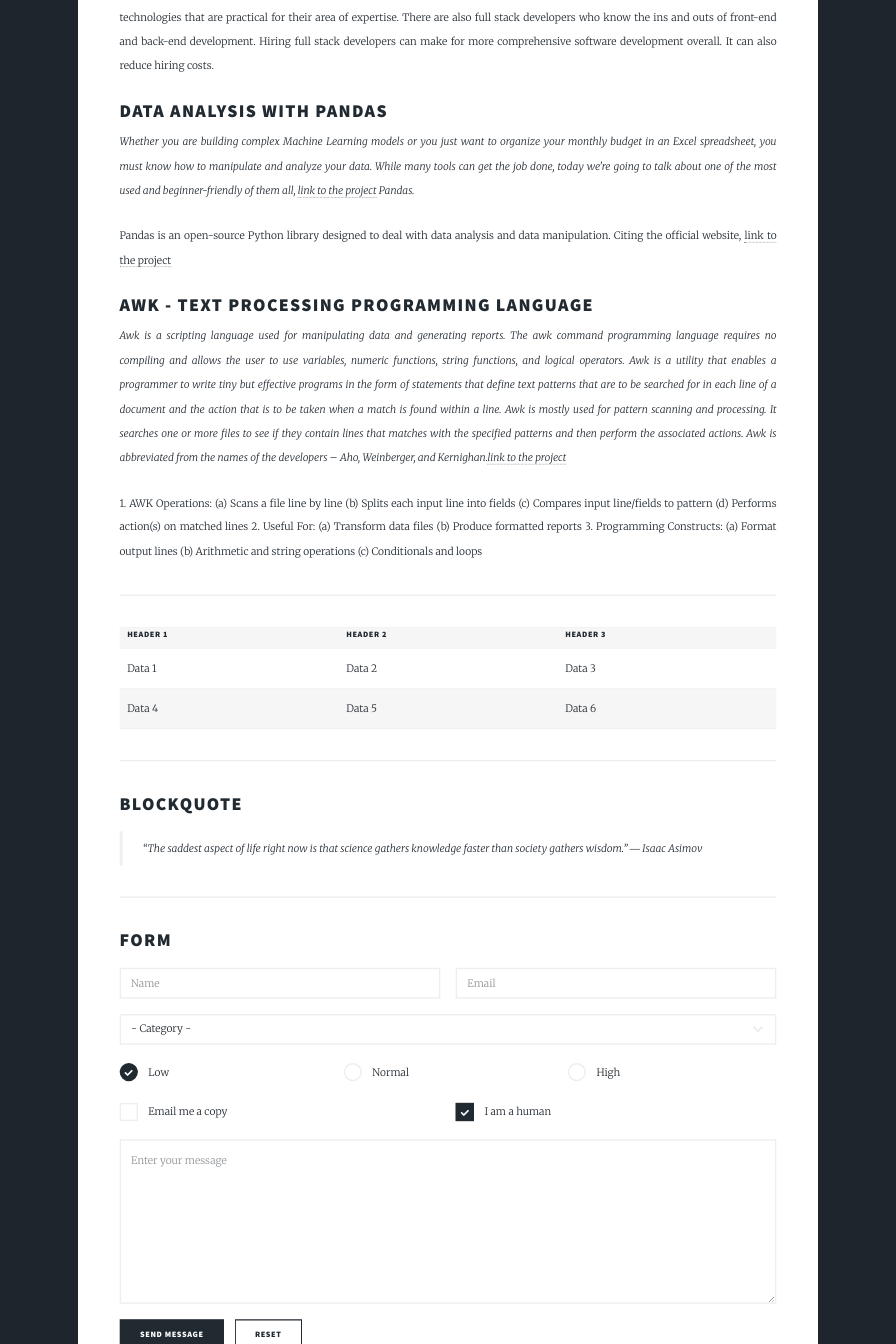
Repository: enlilsudo/Orlando-Portfolio
Page: elements.html
These files come from the project's save history. The page is drawn as it stood at one moment and after the next save; the edit follows.
The browser window is 1280 px wide. The pictures show the part of the page from y = 2032 to 3952 px (the page is 5661 px tall), at 70% of full size.

Above is the page before, as saved 2023-02-20 21:14:26.

### elements.html
<!DOCTYPE HTML>
<!--
	Massively by HTML5 UP
	html5up.net | @ajlkn
	Free for personal and commercial use under the CCA 3.0 license (html5up.net/license)
-->
<html>
	<head>
		<title>Elements Reference - Massively by HTML5 UP</title>
		<meta charset="utf-8" />
		<meta name="viewport" content="width=device-width, initial-scale=1, user-scalable=no" />
		<link rel="stylesheet" href="assets/css/main.css" />
		<noscript><link rel="stylesheet" href="assets/css/noscript.css" /></noscript>
	</head>
	<body class="is-preload">

		<!-- Wrapper -->
			<div id="wrapper">

				<!-- Header -->
					<header id="header">
						<a href="index.html" class="logo">My Portfolio</a>
					</header>

				<!-- Nav -->
					<nav id="nav">
						<ul class="links">
							<li><a href="index.html">My Projects</a></li>
							<li><a href="generic.html">My Philosophy</a></li>
							<li class="active"><a href="elements.html">Elements of Reference</a></li>
						</ul>
						<ul class="icons">
							<li><a href="#" class="icon brands fa-twitter"><span class="label">Twitter</span></a></li>
							<li><a href="#" class="icon brands fa-facebook-f"><span class="label">Facebook</span></a></li>
							<li><a href="#" class="icon brands fa-instagram"><span class="label">Instagram</span></a></li>
							<li><a href="#" class="icon brands fa-github"><span class="label">GitHub</span></a></li>
						</ul>
					</nav>

				<!-- Main -->
					<div id="main">

						<!-- Post -->
							<section class="post">
								<header class="major">
									<h1>Automating<br />
									Tools</h1>
								</header>

								<!-- Text stuff -->
									<h2>Sphinx</h2>
									<p>Sphinx is a site generator it uses reStructuredText
									Markup language by default, and can read MySt Markdown via third-party
									extensions, it is powerful and easy to use code: <code>{sphinx-quickstart docs}</code>.
									Finally, this is a <a href="https://www.sphinx-doc.org/en/master/#get-started">link to the project</a>.</p>
									<hr />
									<h2>Hugo</h2>
									<p>Hugo gives us a framework for building a fast, organized content site using many of the skills
										 you already have. You define your layouts in HTML and your content in Markdown.
										Hugo has built-in support for tagging, categorization, related content, multiple output formats, image optimization, and asset handling code: <code>{hugo new site portfolio}</code>.
										To find ut more, this is a <a href="https://gohugo.io/">link to the project</a>.</p>
									<h2>Jekyll</h2>
									<p>Jekyll is a static site generator. It takes text written in your favorite markup language and uses layouts to create a static website.
										You can tweak the site’s look and feel, URLs, the data displayed on the page, and more. code: <code>{jekyll build ./_site}</code>.
										To learn more, this is a <a href="https://jekyllrb.com/">link to the project</a>.</p>
									<h2>Storybook and React</h2>
									<p>Storybook is a frontend workshop for building UI components and pages in isolation. Thousands of teams use it for UI development, testing, and documentation.
										It’s open source and free. Once inside your React project, code: <code>{npx storybook init}</code>.
										Finally, this is a <a href="https://storybook.js.org/">link to the project</a>.</p>
									<h2>Chromatic</h2>
									<p>Chromatic automates gathering UI feedback, visual testing, and documentation, so developers can iterate faster with less manual work.
										Maintain a documented, versioned, and searchable library for your components. Chromatic helps teammates discover your work to reuse.
										Reference Chromatic’s library inside your local Storybook or on the website. To learn more about chromatic click here: <a href="https://www.chromatic.com/docs/"> in this link</a>
									</p>
									<h2>GitBook</h2>
									<p>API references, code guidelines, product overviews and everything in between.
										GitBook helps you help your users with easy-to-publish, intuitive to use, highly searchable docs.
										The good thing about GitBook is that it offers integration through GitHub and GitLabs.To find out more click in this <a href="https://www.gitbook.com/">link to the project</a></p>
									<hr />
									<header>
										<h2>Full Stack Development</h2>
										<p>At the end of the day, it's the user navigating the front-end who determines how the software application measures up.
											And yet the back-end makes sure that nothing falls apart in the process.
											Essentially, back-end and front-end development work together to deliver the best of both worlds.
											In that sense, full stack development defines the combination of client-side and server-side development.</p>
									</header>
									<p>Most types of software development need to approach their project keeping in mind that full stack development is the goal.
										Usually, this means looking for specialized developers for front-end and back-end development. Developers on either end tend to know several technologies that are practical for their area of expertise.
										There are also full stack developers who know the ins and outs of front-end and back-end development.
										Hiring full stack developers can make for more comprehensive software development overall. It can also reduce hiring costs. </p>
									<header>
										<h2>Data analysis with Pandas</h2>
										<p>Whether you are building complex Machine Learning models or you just want to organize your monthly budget in an Excel spreadsheet, you must know how to manipulate and analyze your data.
											While many tools can get the job done, today we're going to talk about one of the most used and beginner-friendly of them all, <a href="https://pandas.pydata.org/">link to the project</a> Pandas.</p>
									</header>
									<p>Pandas is an open-source Python library designed to deal with data analysis and data manipulation.
										Citing the official website, <a href="https://pandas.pydata.org/">link to the project</a>

									</p>
									<header>
										<h2>AWK - Text Processing Programming Language</h2>
										<p>Awk is a scripting language used for manipulating data and generating reports. The awk command programming language requires no compiling and allows the user to use variables, numeric functions, string functions, and logical operators.
											Awk is a utility that enables a programmer to write tiny but effective programs in the form of statements that define text patterns that are to be searched for in each line of a document and the action that is to be taken when a match is found within a line.
											Awk is mostly used for pattern scanning and processing. It searches one or more files to see if they contain lines that matches with the specified patterns and then perform the associated actions.
											Awk is abbreviated from the names of the developers – Aho, Weinberger, and Kernighan.<a href="https://www.tutorialspoint.com/awk/index.htm">link to the project</a> </p>
									</header>
									<p>1. AWK Operations:
										(a) Scans a file line by line
										(b) Splits each input line into fields
										(c) Compares input line/fields to pattern
										(d) Performs action(s) on matched lines

										2. Useful For:
										(a) Transform data files
										(b) Produce formatted reports

										3. Programming Constructs:
										(a) Format output lines
										(b) Arithmetic and string operations
										(c) Conditionals and loops </p>

									<hr />

									<table>
										<tr>
										  <th>Header 1</th>
										  <th>Header 2</th>
										  <th>Header 3</th>
										</tr>
										<tr>
										  <td>Data 1</td>
										  <td>Data 2</td>
										  <td>Data 3</td>
										</tr>
										<tr>
										  <td>Data 4</td>
										  <td>Data 5</td>
										  <td>Data 6</td>
										</tr>
									  </table>



									<hr />

								<!-- Blockquote -->
									<h2>Blockquote</h2>
									<blockquote>“The saddest aspect of life right now is that science gathers knowledge faster than society gathers wisdom.”
										― Isaac Asimov</blockquote>

									<hr />

								<!-- Form -->
									<h2>Form</h2>

									<form method="post" action="#">
										<div class="row gtr-uniform">
											<div class="col-6 col-12-xsmall">
												<input type="text" name="demo-name" id="demo-name" value="" placeholder="Name" />
											</div>
											<div class="col-6 col-12-xsmall">
												<input type="email" name="demo-email" id="demo-email" value="" placeholder="Email" />
											</div>
											<!-- Break -->
											<div class="col-12">
												<select name="demo-category" id="demo-category">
													<option value="">- Category -</option>
													<option value="1">Manufacturing</option>
													<option value="1">Shipping</option>
													<option value="1">Administration</option>
													<option value="1">Human Resources</option>
												</select>
											</div>
											<!-- Break -->
											<div class="col-4 col-12-small">
												<input type="radio" id="demo-priority-low" name="demo-priority" checked>
												<label for="demo-priority-low">Low</label>
											</div>
											<div class="col-4 col-12-small">
												<input type="radio" id="demo-priority-normal" name="demo-priority">
												<label for="demo-priority-normal">Normal</label>
											</div>
											<div class="col-4 col-12-small">
												<input type="radio" id="demo-priority-high" name="demo-priority">
												<label for="demo-priority-high">High</label>
											</div>
											<!-- Break -->
											<div class="col-6 col-12-small">
												<input type="checkbox" id="demo-copy" name="demo-copy">
												<label for="demo-copy">Email me a copy</label>
											</div>
											<div class="col-6 col-12-small">
												<input type="checkbox" id="demo-human" name="demo-human" checked>
												<label for="demo-human">I am a human</label>
											</div>
											<!-- Break -->
											<div class="col-12">
												<textarea name="demo-message" id="demo-message" placeholder="Enter your message" rows="6"></textarea>
											</div>
											<!-- Break -->
											<div class="col-12">
												<ul class="actions">
													<li><input type="submit" value="Send Message" class="primary" /></li>
													<li><input type="reset" value="Reset" /></li>
												</ul>
											</div>
										</div>
									</form>

									<hr />

								<!-- Image -->

									<hr />

								<!-- Box -->
									<h2>Box</h2>
									<div class="box">
										<p>Felis sagittis eget tempus primis in faucibus vestibulum. Blandit adipiscing eu felis iaculis volutpat ac adipiscing accumsan eu faucibus. Integer ac pellentesque praesent tincidunt felis sagittis eget. tempus euismod. Magna sed etiam ante ipsum primis in faucibus vestibulum. Blandit adipiscing eu ipsum primis in faucibus vestibulum. Blandit adipiscing eu felis iaculis volutpat ac adipiscing accumsan eu faucibus lorem ipsum dolor sit amet nullam. Integer ac pellentesque praesent tincidunt felis sagittis eget. tempus euismod. Vestibulum ante ipsum primis sagittis eget. tempus euismod. Vestibulum ante ipsum primis in faucibus vestibulum. Blandit adipiscing eu felis iaculis volutpat ac adipiscing accumsan eu faucibus. Integer ac pellentesque praesent tincidunt felis sagittis eget. tempus euismod. Vestibulum ante ipsum primis in faucibus vestibulum. Blandit adipiscing eu felis iaculis volutpat ac adipiscing accumsan eu faucibus. Integer ac pellentesque praesent. Vestibulum ante ipsum primis in faucibus magna blandit adipiscing eu felis iaculis volutpat lorem ipsum dolor.</p>
									</div>

									<hr />

								<!-- Preformatted Code -->
									<h2>Preformatted</h2>
									<pre><code>i = 0;

while (!deck.isInOrder()) {
    print 'Iteration ' + i;
    deck.shuffle();
    i++;
}

print 'It took ' + i + ' iterations to sort the deck.';
</code></pre>

							</section>

					</div>

				<!-- Footer -->
					<footer id="footer">
						<section>
							<form method="post" action="#">
								<div class="fields">
									<div class="field">
										<label for="name">Name</label>
										<input type="text" name="name" id="name" />
									</div>
									<div class="field">
										<label for="email">Email</label>
										<input type="text" name="email" id="email" />
									</div>
									<div class="field">
										<label for="message">Message</label>
										<textarea name="message" id="message" rows="3"></textarea>
									</div>
								</div>
								<ul class="actions">
									<li><input type="submit" value="Send Message" /></li>
								</ul>
							</form>
						</section>
						<section class="split contact">
							<section class="alt">
								<h3>Address</h3>
								<p>1234 Somewhere Road #87257<br />
								Nashville, TN 00000-0000</p>
							</section>
							<section>
								<h3>Phone</h3>
								<p><a href="#">(000) 000-0000</a></p>
							</section>
							<section>
								<h3>Email</h3>
								<p><a href="#">info@untitled.tld</a></p>
							</section>
							<section>
								<h3>Social</h3>
								<ul class="icons alt">
									<li><a href="#" class="icon brands alt fa-twitter"><span class="label">Twitter</span></a></li>
									<li><a href="#" class="icon brands alt fa-facebook-f"><span class="label">Facebook</span></a></li>
									<li><a href="#" class="icon brands alt fa-instagram"><span class="label">Instagram</span></a></li>
									<li><a href="#" class="icon brands alt fa-github"><span class="label">GitHub</span></a></li>
								</ul>
							</section>
						</section>
					</footer>

				<!-- Copyright -->
					<div id="copyright">
						<ul><li>&copy; Untitled</li><li>Design: <a href="https://html5up.net">HTML5 UP</a></li></ul>
					</div>

			</div>

		<!-- Scripts -->
			<script src="assets/js/jquery.min.js"></script>
			<script src="assets/js/jquery.scrollex.min.js"></script>
			<script src="assets/js/jquery.scrolly.min.js"></script>
			<script src="assets/js/browser.min.js"></script>
			<script src="assets/js/breakpoints.min.js"></script>
			<script src="assets/js/util.js"></script>
			<script src="assets/js/main.js"></script>

	</body>
</html>

Loaded but not shown: assets/js/jquery.min.js (library); assets/js/jquery.scrollex.min.js (common file); assets/js/jquery.scrolly.min.js (common file); assets/js/browser.min.js (common file); assets/js/breakpoints.min.js (common file); assets/css/fontawesome-all.min.css (library); assets/js/util.js (587 lines, source omitted); assets/js/main.js (258 lines, source omitted); assets/css/main.css (4689 lines, source omitted)

After the next save:
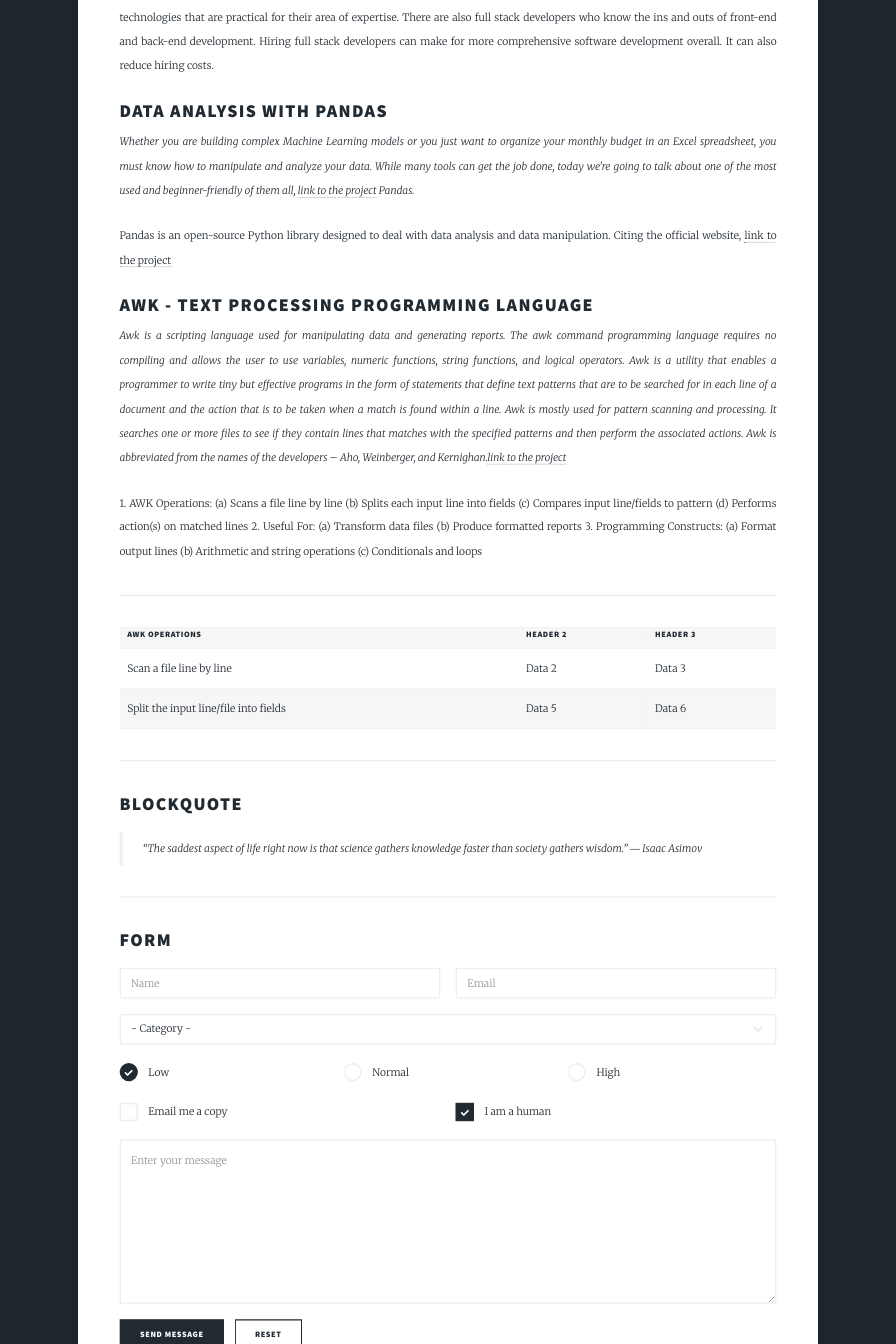
Saved 10 h 17 min later.
--- a/elements.html
+++ b/elements.html
@@ -123,17 +123,17 @@
 
 									<table>
 										<tr>
-										  <th>Header 1</th>
+										  <th>AWK Operations</th>
 										  <th>Header 2</th>
 										  <th>Header 3</th>
 										</tr>
 										<tr>
-										  <td>Data 1</td>
+										  <td>Scan a file line by line</td>
 										  <td>Data 2</td>
 										  <td>Data 3</td>
 										</tr>
 										<tr>
-										  <td>Data 4</td>
+										  <td>Split the input line/file into fields</td>
 										  <td>Data 5</td>
 										  <td>Data 6</td>
 										</tr>
